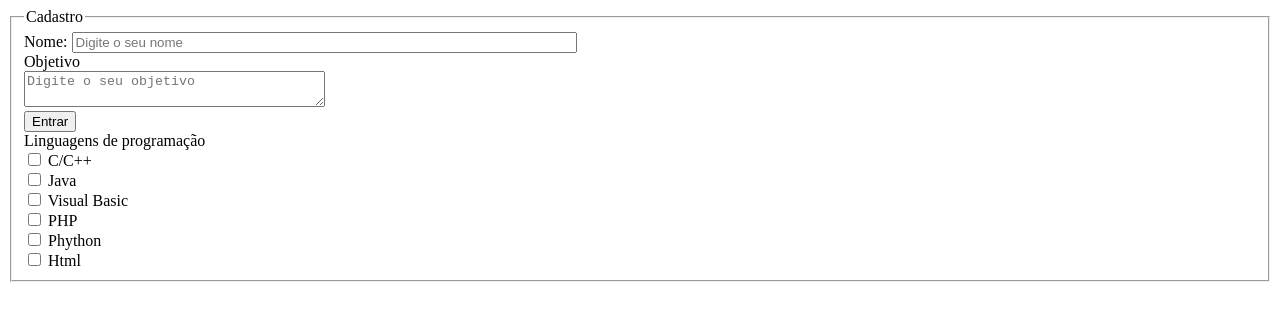
Repository: Lerif/WebServletLearning
Page: http://localhost/WebLearning/
An editor plug-in stored every save of this project. The page is shown before and after the next save, followed by the edit.
The browser window is 1280 px wide. The pictures show the whole page.
The page is served by Tomcat 9. Other server files are loaded and not shown.

Above is the page before, as saved 2016-10-26 13:07:15.

### WebServelets/WebLearning/WebContent/TryJSP.jsp
<%@ page language="java" contentType="text/html; charset=UTF-8"
    pageEncoding="UTF-8"%>
<!DOCTYPE html>
<html>
<head>
<meta http-equiv="Content-Type" content="text/html; charset=UTF-8">
<title>HelloWorld</title>
</head>
<body>
	<form name = "CadastroUsuario" id="CadastroId" method="post" action="ServeletTry">
		<fieldset>
			<legend>Cadastro</legend>
			Nome:
			<input type="text" 	name="name" size="60" placeholder="Digite o seu nome" required/>
			<br>
			Objetivo
			<br>
			<textarea name="objetivo" cols="35" rows="2" placeholder="Digite o seu objetivo" required></textarea>

			<br>
			<button onClick="entrar()" value="Submit form">Entrar</button>
			<br>

			Linguagens de programação
			<br>
			<input type="checkbox" id="formacao1" name="c" value="0" /> C/C++ <br>
			<input type="checkbox" id="formacao2" name="java" value="1" /> Java<br>
			<input type="checkbox" id="formacao3" name="vb" value="2" /> Visual Basic<br>
			<input type="checkbox" id="formacao5" name="php" value="4" /> PHP<br>
			<input type="checkbox" id="formacao6" name="formacao6" value="5" /> Phython<br>
			<input type="checkbox" id="formacao7" name="formacao7" value="6" /> Html<br>
		</fieldset>
	</form>
</body>

<script>
	function entrar(){
		document.getElementById("CadastroId").submit();
	}
</script>
</html>

After the next save:
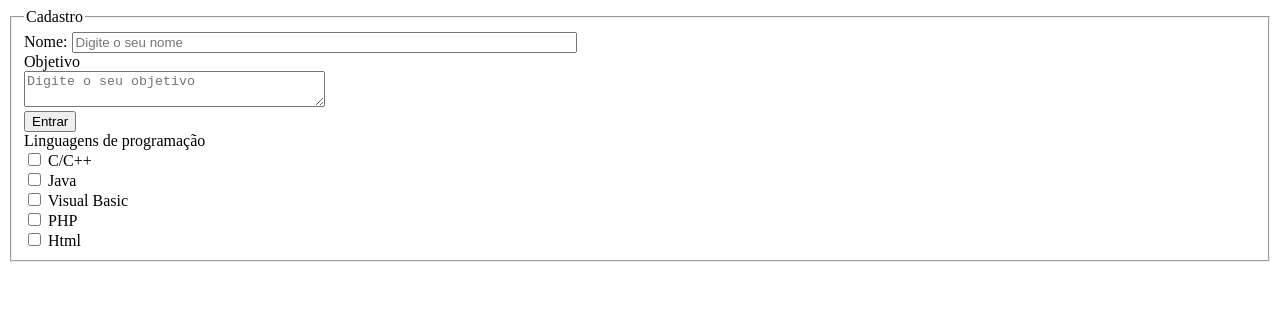
Saved 6 s later.
--- a/WebServelets/WebLearning/WebContent/TryJSP.jsp
+++ b/WebServelets/WebLearning/WebContent/TryJSP.jsp
@@ -27,8 +27,7 @@
 			<input type="checkbox" id="formacao2" name="java" value="1" /> Java<br>
 			<input type="checkbox" id="formacao3" name="vb" value="2" /> Visual Basic<br>
 			<input type="checkbox" id="formacao5" name="php" value="4" /> PHP<br>
-			<input type="checkbox" id="formacao6" name="formacao6" value="5" /> Phython<br>
-			<input type="checkbox" id="formacao7" name="formacao7" value="6" /> Html<br>
+			<input type="checkbox" id="formacao7" name="html" value="6" /> Html<br>
 		</fieldset>
 	</form>
 </body>
